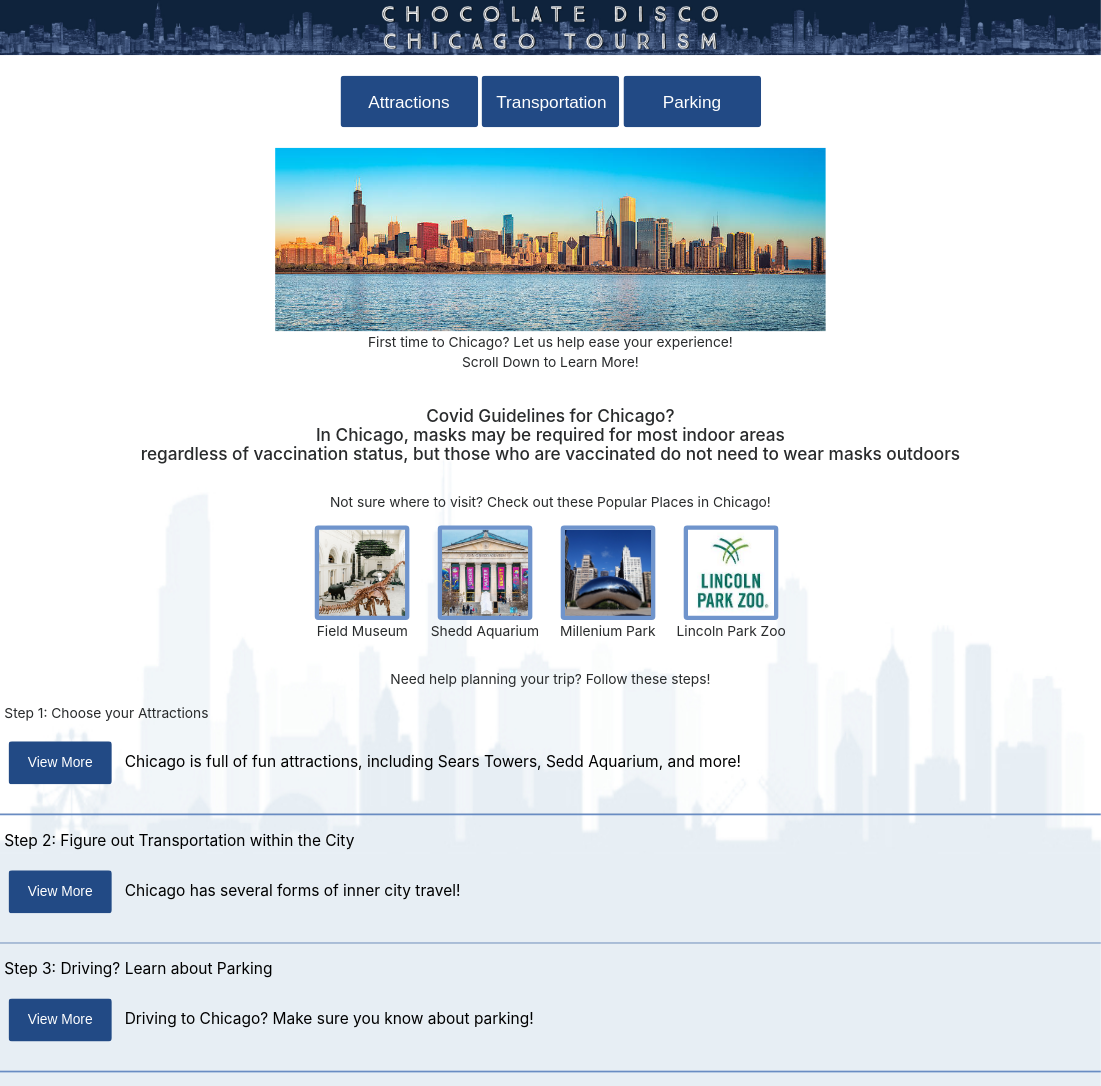
Repository: rkodit2/cs422project
Page: homepage.html
The author's editor kept a copy of each file at every save. The page is drawn from the files as they stood at one save, then again after a run of saves.
The browser window is 1280 px wide. The pictures show the whole page, at 86% of full size.

Above is the page before, as saved 2021-11-26 13:55:23.

After the next 2 saves:
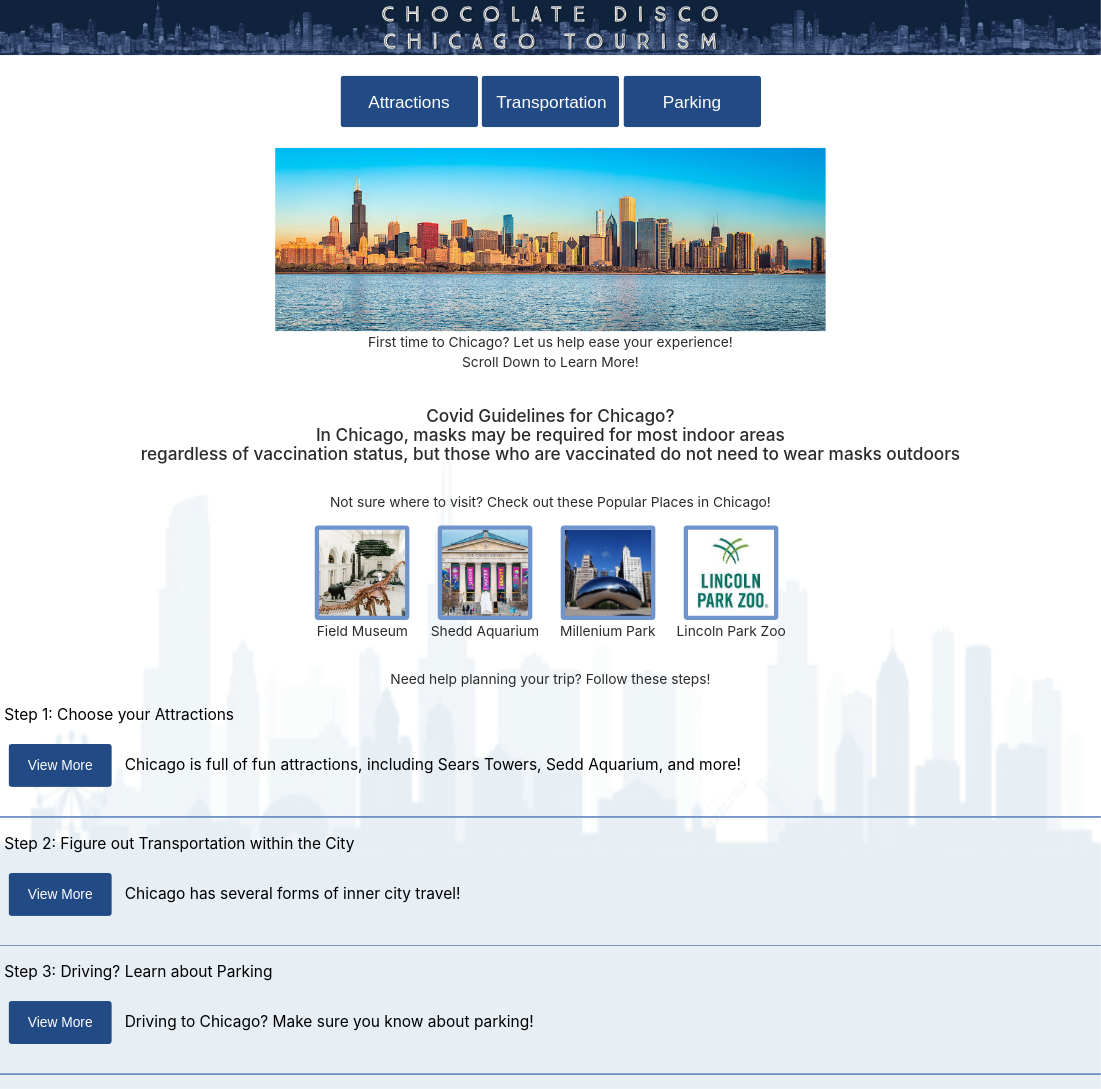
The 2 saves are shown as one change because they came seconds apart.
The last was saved 23 s later.
--- a/homepage.html
+++ b/homepage.html
@@ -64,7 +64,7 @@
 
     <p style="text-align: center;"> Need help planning your trip? Follow these steps!</p>
 
-    <p style = "padding-left: 5px;"> Step 1: Choose your Attractions </p>
+    <p style = "padding-left: 5px; font-size: 18px; color: black;"> Step 1: Choose your Attractions </p>
     <div class= "viewMore">
       <button type ="button" id="VMA" class="btn" onclick="location.href='attractions.html';" style = "width: 120px; height:50px; vertical-align: middle; margin-left: 10px; margin-top: 5px; white-space: normal; background-color: rgb(34, 74, 133); color: white;" onmouseenter = "this.style.backgroundColor = 'rgb(111, 148, 204)'" onmouseleave="style.backgroundColor = 'rgb(34, 74, 133)'"> View More </button>
       <span style = "padding: 15px;">
